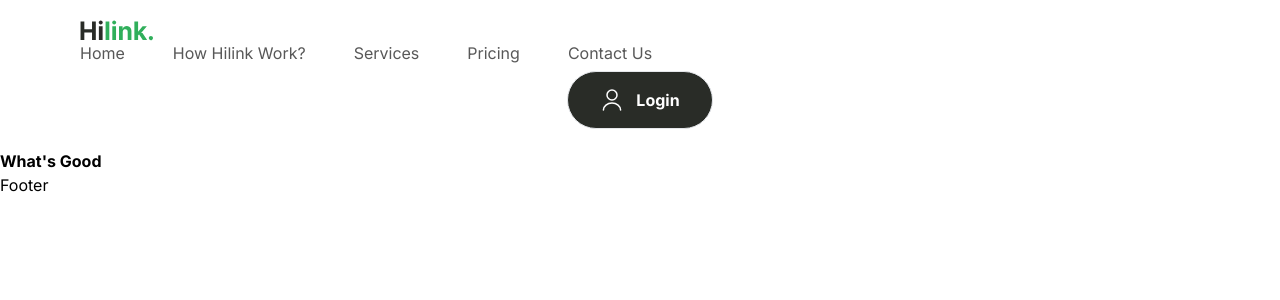
Repository: SouthpawC0der/Modern-reactsite
Page: /
The author's editor kept a copy of each file at every save. The page is drawn from the files as they stood at one save, then again after the next save.
The browser window is 1280 px wide. The pictures show the whole page.
The project was rebuilt for these pictures with package versions that can differ from the ones it lists, and the page was loaded fresh each time. The framework's server and built-in components were replaced by stand-ins that run in the browser. Also part of the build but not shown: next.config.ts.

Above is the page before, as saved 2025-01-30 10:48:04.

### app/layout.tsx
import type { Metadata } from "next";
import "./globals.css";
import Navbar from "@/components/Navbar";
import Footer from "@/components/Footer";

export default function RootLayout({
  children,
}: Readonly<{
  children: React.ReactNode;
}>) {
  return (
    <html lang="en">
      <body>
        <Navbar />
        <main className="relative-overflow-hidden">
        {children}
        </main>
        <Footer />
      </body>
    </html>
  );
}

### app/page.tsx
import Image from "next/image";

export default function Home() {
  return (
    <h1 className="font-bold ">
      What's Good
    </h1>
  );
}

### app/globals.css

@import url('https://fonts.googleapis.com/css2?family=Inter:wght@400;500;600;700;800&display=swap');

@tailwind base;
@tailwind components;
@tailwind utilities;

* {
  margin: 0;
  padding: 0;
  box-sizing: border-box;
}

body {
  font-family: Inter;
}

@layer utilities {
  .btn_white {
    @apply  border-white bg-white px-8 py-3 text-green-50
  }
  .btn_white_text  {
    @apply  border-white bg-white px-8 py-3 text-gray-90
  }
  .btn_green  {
    @apply  border-green-50 bg-green-50 px-8 py-5 text-white
  }
  .btn_dark_green {
    @apply  bg-green-90 px-8 py-4 text-white transition-all hover:bg-black
  }
  .btn_dark_green_outline  {
    @apply border-gray-20 bg-green-90 px-8 py-5 text-white
  }

  .max-container {
    @apply mx-auto max-w-[1440px];
  }

  .padding-container {
    @apply px-6 lg:px-20 3xl:px-0;
  }

  .flexCenter {
    @apply flex items-center justify-center;
  }

  .flexBetween {
    @apply flex items-center justify-between;
  }

  .flexStart {
    @apply flex items-center justify-start;
  }

  .flexEnd {
    @apply flex items-center justify-end;
  }

  /* FONTS */
  .regular-64 {
    @apply text-[64px] font-[400] leading-[120%];
  }

  .regular-40 {
    @apply text-[40px] font-[400] leading-[120%];
  }

  .regular-32 {
    @apply text-[32px] font-[400];
  }

  .regular-24 {
    @apply text-[24px] font-[400];
  }

  .regular-20 {
    @apply text-[20px] font-[400];
  }

  .regular-18 {
    @apply text-[18px] font-[400];
  }

  .regular-16 {
    @apply text-[16px] font-[400];
  }

  .regular-14 {
    @apply text-[14px] font-[400];
  }

  .medium-14 {
    @apply text-[14px] font-[600];
  }

  .bold-88 {
    @apply text-[88px] font-[700] leading-[120%];
  }

  .bold-64 {
    @apply text-[64px] font-[700] leading-[120%];
  }

  .bold-52 {
    @apply text-[52px] font-[700] leading-[120%];
  }

  .bold-40 {
    @apply text-[40px] font-[700] leading-[120%];
  }

  .bold-32 {
    @apply text-[32px] font-[700] leading-[120%];
  }

  .bold-20 {
    @apply text-[20px] font-[700];
  }

  .bold-18 {
    @apply text-[18px] font-[700];
  }

  .bold-16 {
    @apply text-[16px] font-[700];
  }

  /* Hero */
  .hero-map {
    @apply absolute right-0 top-0 h-screen w-screen bg-pattern-2 bg-cover bg-center md:-right-28 xl:-top-60;
  }

  /* Camp */
  .camp-quote {
    @apply absolute -right-6 bottom-4 w-[140px] lg:bottom-10 xl:-right-8 xl:w-[186px] 3xl:right-0;
  }

  /* Feature */
  .feature-phone {
    @apply absolute top-[13%] z-10 hidden max-w-[1500px] rotate-[15deg] md:-left-16 lg:flex  3xl:left-20;
  }

  /* Get App */
  .get-app {
    @apply max-container relative flex w-full  flex-col justify-between gap-32 overflow-hidden bg-green-90 bg-pattern bg-cover bg-center bg-no-repeat px-6 py-12 text-white sm:flex-row sm:gap-12 sm:py-24 lg:px-20 xl:max-h-[598px] 2xl:rounded-5xl;
  }
}

/* Hide scrollbar for Chrome, Safari and Opera */
.hide-scrollbar::-webkit-scrollbar {
  display: none;
}

/* Hide scrollbar for IE, Edge and Firefox */
.hide-scrollbar {
  -ms-overflow-style: none; /* IE and Edge */
  scrollbar-width: none; /* Firefox */
}

### components/Navbar.tsx
import { NAV_LINKS } from '@/constants'
import Image from 'next/image'
import Link from 'next/link'
import React from 'react'
import Button from './Button'

const Navbar = () => {
  return (
    <nav className='flex-between max-container padding-container relative z-30 py-5'>
        <Link href="/">
          <Image src="/hilink-logo.svg" alt='logo' width={74} height={29} />
        </Link>

          <ul className='hidden h-full gap-12 lg:flex'>
             {NAV_LINKS.map((link) => (
                <Link href={link.href} key={link.key}
                className='regular-16 text-gray-50 flexCenter cursor-pointer pb-1.5 transition-all hover:font-bold'
                >
                    {link.label}
                </Link>
             ))}
          </ul>

          <div className='lg: flexCenter hidden'>
            <Button
            type='button'
            title='Login'
            icon='/user.svg'
            variant='btn_dark_green'
            />
          </div>
    </nav>
  )
}


export default Navbar

### components/Button.tsx
import Image from 'next/image';
import React from 'react'

type ButtonProps = {
    type: 'button' | 'submit';
    title: string;
    icon?: string,
    variant: 'btn_dark_green'
}

const Button = ( {type, title, icon, variant }: ButtonProps) => {
  return (
    <button
    className={`flexCenter gap-3 rounded-full border ${variant}`}
    type={type}

    >
        {icon && <Image src={icon} alt={title} width={24} height={24} />}
        <label className='bold-16 whitespace-nowrap'>{title}</label>
    </button>
  )
}

export default Button

Loaded but not shown: components/Footer.tsx (common file); constants/index.ts (common file); tailwind.config.ts (common file)

After the next save:
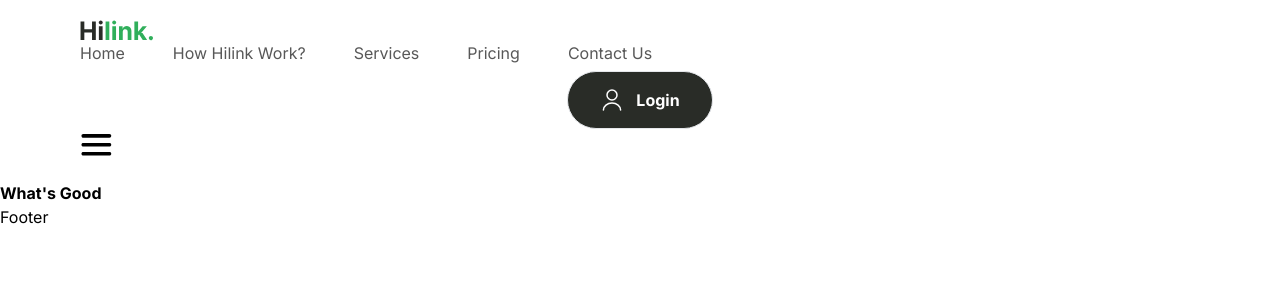
Saved 2 min 18 s later.
--- a/components/Navbar.tsx
+++ b/components/Navbar.tsx
@@ -29,6 +29,13 @@
             variant='btn_dark_green'
             />
           </div>
+
+          <Image
+          src='menu.svg'
+          alt='menu'
+          width={32}
+          height={32}
+          />
     </nav>
   )
 }

After the save that followed:
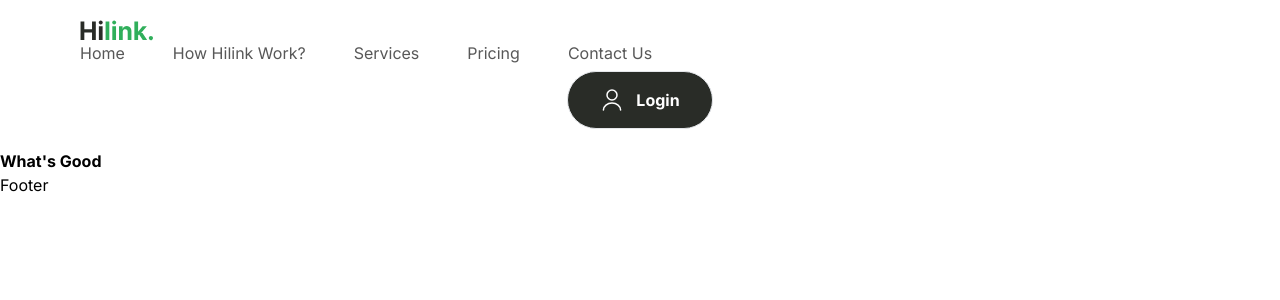
Saved 57 s later.
--- a/components/Navbar.tsx
+++ b/components/Navbar.tsx
@@ -35,6 +35,7 @@
           alt='menu'
           width={32}
           height={32}
+          className='inline-block cursor-pointer lg:hidden'
           />
     </nav>
   )
